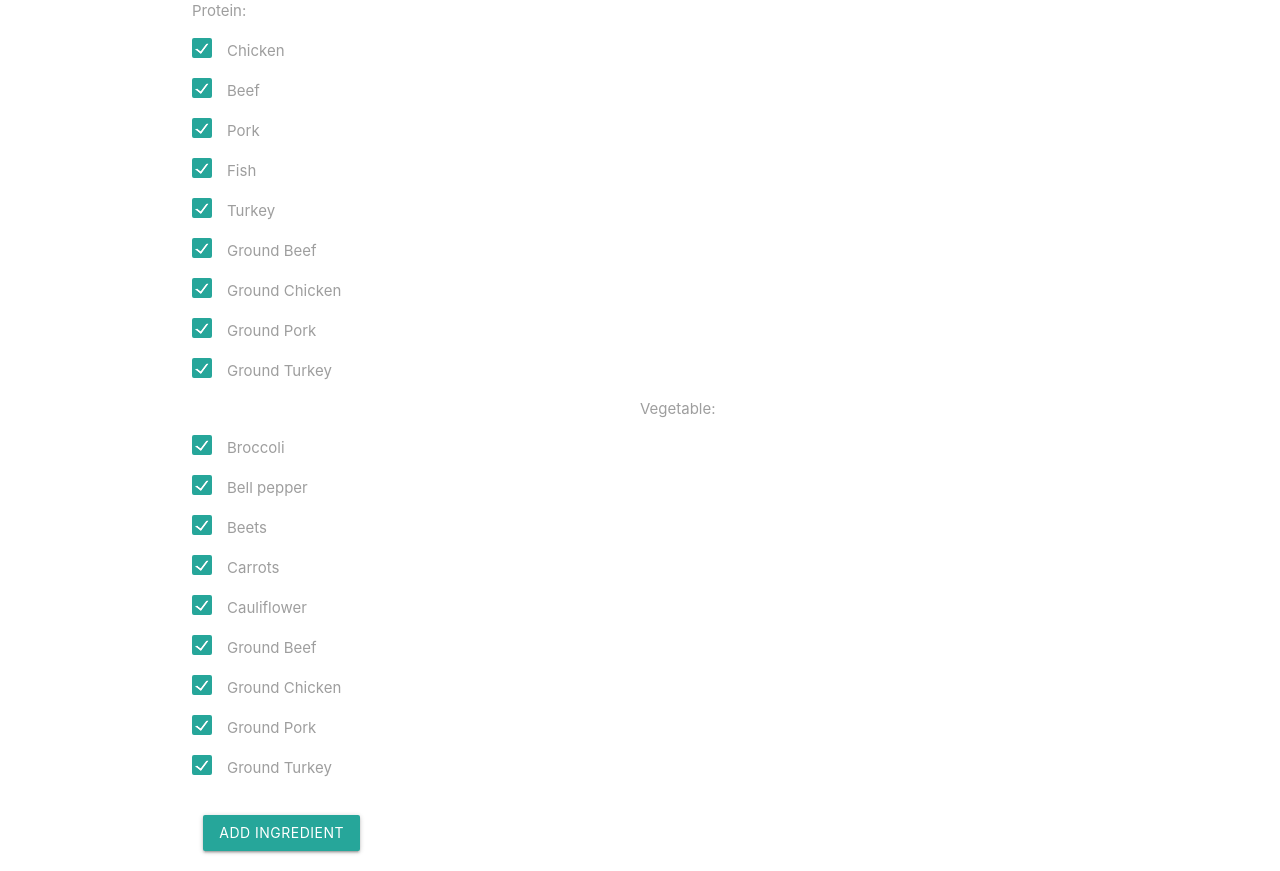
Repository: Aaron-R-Carter/Project1
Page: prototype.html
The author's editor kept a copy of each file at every save. The page is drawn from the files as they stood at one save, then again after the next save.
The browser window is 1280 px wide. The pictures show the whole page.

Above is the page before, as saved 2019-10-31 23:36:28.
Console error: SyntaxError: Unexpected token '<'

### prototype.html
<!DOCTYPE html>
<html>

<head>
    <!--Import Google Icon Font-->
    <link href="https://fonts.googleapis.com/icon?family=Material+Icons" rel="stylesheet">
    <!--Import materialize.css-->
    <link rel="stylesheet" href="https://cdnjs.cloudflare.com/ajax/libs/materialize/1.0.0/css/materialize.min.css">
    <link rel="stylesheet" href="./prototype.css">
    <!--Let browser know website is optimized for mobile-->
    <meta name="viewport" content="width=device-width, initial-scale=1.0" />

</head>

<body>

    <div class="container">
        <div id="check-box" class="row">
            <div class="protein-col m3">

                <form action="#">
                    <label type="text" class="label">Protein:</label>
                    <p>
                        <label>
                            <input type="checkbox" class="filled-in" checked="checked" />
                            <span>Chicken</span>
                        </label>
                    </p>
                    <p>
                        <label>
                            <input type="checkbox" class="filled-in" checked="checked" />
                            <span>Beef</span>
                        </label>
                    </p>
                    <p>
                        <label>
                            <input type="checkbox" class="filled-in" checked="checked" />
                            <span>Pork</span>
                        </label>
                    </p>
                    <p>
                        <label>
                            <input type="checkbox" class="filled-in" checked="checked" />
                            <span>Fish</span>
                        </label>
                    </p>
                    <p>
                        <label>
                            <input type="checkbox" class="filled-in" checked="checked" />
                            <span>Turkey</span>
                        </label>
                    </p>
                    <p>
                        <label>
                            <input type="checkbox" class="filled-in" checked="checked" />
                            <span>Ground Beef</span>
                        </label>
                    </p>
                    <p>
                        <label>
                            <input type="checkbox" class="filled-in" checked="checked" />
                            <span>Ground Chicken</span>
                        </label>
                    </p>
                    <p>
                        <label>
                            <input type="checkbox" class="filled-in" checked="checked" />
                            <span>Ground Pork</span>
                        </label>
                    </p>
                    <p>
                        <label>
                            <input type="checkbox" class="filled-in" checked="checked" />
                            <span>Ground Turkey</span>
                        </label>
                    </p>

                    <div class="vegetable col m6"></div>

                    <form action="#">
                            <label type="text" class="label">Vegetable:</label>
                            <p>
                                <label>
                                    <input type="checkbox" class="filled-in" checked="checked" />
                                    <span>Broccoli</span>
                                </label>
                            </p>
                            <p>
                                <label>
                                    <input type="checkbox" class="filled-in" checked="checked" />
                                    <span>Bell pepper</span>
                                </label>
                            </p>
                            <p>
                                <label>
                                    <input type="checkbox" class="filled-in" checked="checked" />
                                    <span>Beets</span>
                                </label>
                            </p>
                            <p>
                                <label>
                                    <input type="checkbox" class="filled-in" checked="checked" />
                                    <span>Carrots</span>
                                </label>
                            </p>
                            <p>
                                <label>
                                    <input type="checkbox" class="filled-in" checked="checked" />
                                    <span>Cauliflower</span>
                                </label>
                            </p>
                            <p>
                                <label>
                                    <input type="checkbox" class="filled-in" checked="checked" />
                                    <span>Ground Beef</span>
                                </label>
                            </p>
                            <p>
                                <label>
                                    <input type="checkbox" class="filled-in" checked="checked" />
                                    <span>Ground Chicken</span>
                                </label>
                            </p>
                            <p>
                                <label>
                                    <input type="checkbox" class="filled-in" checked="checked" />
                                    <span>Ground Pork</span>
                                </label>
                            </p>
                            <p>
                                <label>
                                    <input type="checkbox" class="filled-in" checked="checked" />
                                    <span>Ground Turkey</span>
                                </label>
                            </p>
                </form>
            </div>


        </div>
        <form id="ingredient-add-btn" class="row">

            <!-- Button will trigger new ingredient to be added -->
            <div class="col s 12">
                <input id="add " class="btn btn-primary mb-2" type="submit" value="add ingredient">
            </div>
        </form>


        <div id="ingredient-view-button"></div>

    </div>



    <script src="https://code.jquery.com/jquery-3.4.1.min.js"
        integrity="sha256-CSXorXvZcTkaix6Yvo6HppcZGetbYMGWSFlBw8HfCJo=" crossorigin="anonymous"></script>
    <script src="https://cdnjs.cloudflare.com/ajax/libs/materialize/1.0.0/js/materialize.min.js"></script>
    <script src="./script.js"></script>

</body>

</html>

### prototype.css
#form-page {
    width: 100%;

    border: 2px solid black;
}
.label {
    font-size: 15px;
}
.input-field col m6{
   float:left;
}

### script.js

    <div id="left-box">
    <form id="ingredient-form">
        <label for="ingredient-input">List of Ingredients:</label>
        <br>
        <input type="text" id="ingredient-input" placeholder="Ingredients">

        <!-- Button will trigger new ingredients to be added -->
        <input id="add " class="btn btn-primary mb-2" type="submit" value="Add a zipcode">
    </form>

    <div id="zipcode-view"></div>
</div>

After the next save:
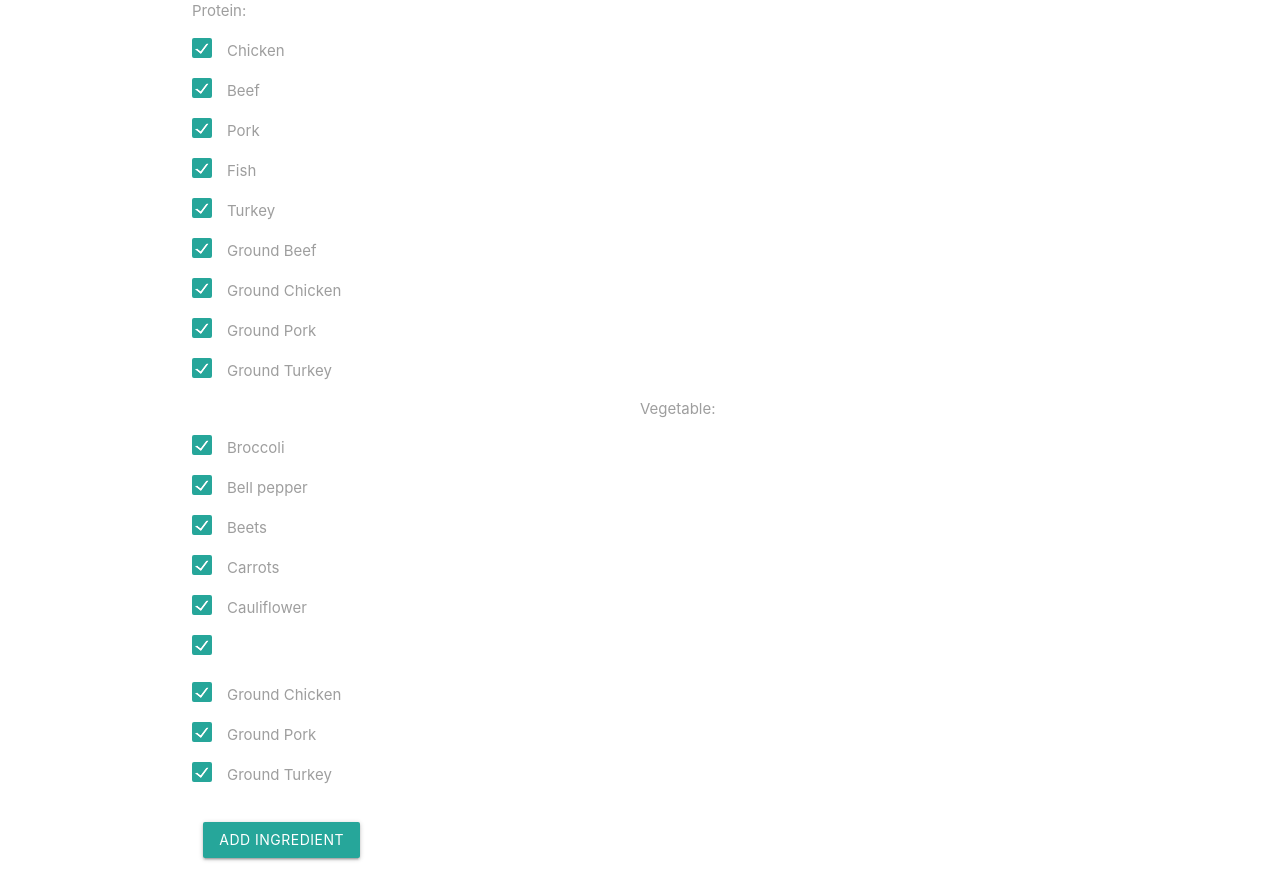
Saved 16 s later.
--- a/prototype.html
+++ b/prototype.html
@@ -112,7 +112,7 @@
                             <p>
                                 <label>
                                     <input type="checkbox" class="filled-in" checked="checked" />
-                                    <span>Ground Beef</span>
+                                    <span></span>
                                 </label>
                             </p>
                             <p>
